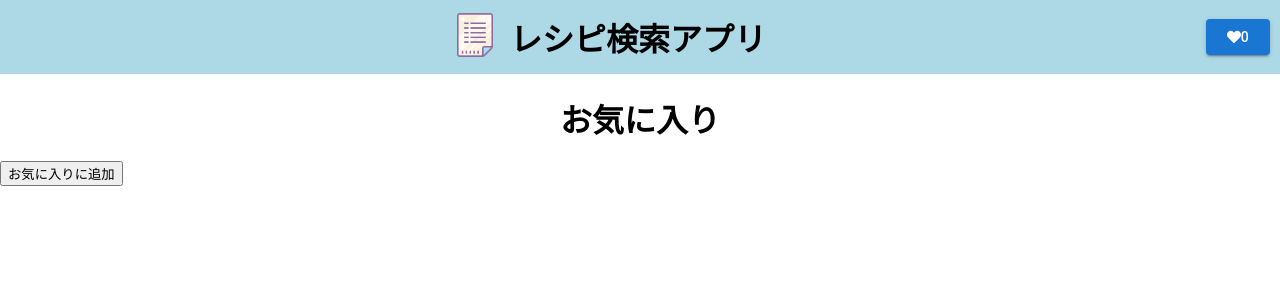
Repository: rweyb/recipe-search-app
Page: /favorites
An editor plug-in stored every save of this project. The page is shown before and after the next save, followed by the edit.
The browser window is 1280 px wide. The pictures show the whole page.
The project was rebuilt for these pictures with package versions that can differ from the ones it lists, and the page was loaded fresh each time. Also part of the build but not shown: src/components/FavoritesButton.js, src/components/RecipeResults.js, src/pages/HomePage.js, src/components/SearchBar.js, src/pages/RecipePage.js, src/pages/IngredientPage.js, src/reducers/RecipeSearch.js.

Above is the page before, as saved 2024-06-26 11:13:39.

### src/App.js
import React from 'react';
import { Route, RouterProvider, createBrowserRouter,
      createRoutesFromElements, } from 'react-router-dom';
import { QueryClient,QueryClientProvider } from 'react-query';
import Layout from './components/Layout';
import RecipeResults from './components/RecipeResults';
import HomePage from './pages/HomePage';
import FavoritesPage from './pages/FavoritesPage';
import RecipePage from './pages/RecipePage';
import IngredientPage from './pages/IngredientPage'
import RecipeSearch from './reducers/RecipeSearch';

const queryClient = new QueryClient();

const router = createBrowserRouter(
    createRoutesFromElements(
      <>
      <Route path='/' element={<Layout />}>
          <Route index element={<HomePage />} />
          <Route path='/favorites' element={<FavoritesPage />} />
          <Route path='/recipe' element={<RecipePage />} />
          <Route path='/ingredient' element={<IngredientPage />} />
          <Route path='/results' element={<RecipeResults />} />
          <Route path='/search' element={<RecipeSearch />} />
    </Route>
      </>
    )
);



const App = () => {
  return (
    <>
    <QueryClientProvider client = {queryClient}>
    <RouterProvider router={router} />
    </QueryClientProvider>
    </>

  );
};

export default App;

### src/components/Layout.js
import React from 'react';
import Header from './Header';
import { Outlet } from 'react-router-dom';

const Layout = () => {
    return (
    <>
        <Header />
        <Outlet /> {/* ここで子ルートがレンダリングされます */}
    </>
    );
};

export default Layout;

### src/pages/FavoritesPage.js
import React from "react";
import FavoriteButton from "../components/FavoritesButton";
import { useSetRecoilState, useRecoilValue } from 'recoil';
import { FavoritesRecipeState, FavoritesSelector } from '../components/FavoritesRecipeState';



const FavoritesPage = () => {

    // Recoilの状態更新関数を取得
    const setFavoritesList = useSetRecoilState(FavoritesRecipeState);


    // Recoilからお気に入りのリストを取得
    const favorites = useRecoilValue(FavoritesSelector);

    // お気に入り追加
    const addFavorite = (newItem) => {
        setFavoritesList((lists) => [...lists, newItem.id]);
    };

    // お気に入りから削除
    const removeFavorite = (id) => {
        setFavoritesList((lists) => lists.filter((favId) => favId !== id));
    };


        return (
            <div>
                <h1>お気に入り</h1>
                <ul>
                    {favorites.map((item) => (
                        <li key={item.id}>
                            {item.title} {/* ここでタイトルを表示 */}
                            <FavoriteButton
                                item={item}
                                onAddFavorite={() => addFavorite(item)}
                                onRemoveFavorite={() => removeFavorite(item.id)}
                            />
                            <button onClick={() => removeFavorite(item.id)}>削除</button>
                        </li>
                    ))}
                </ul>
                {/* 仮のボタンを追加してお気に入りに追加する動作をテスト */}
                <button onClick={() => addFavorite({ id: '2024062317701', title: 'テストレシピ' })}>お気に入りに追加</button>
            </div>
        );
    }



export default FavoritesPage;

### src/components/Header.js
import React from 'react';
import logo2 from '../logo/logo2.png';
import { Button } from '@mui/material';
import { useRecoilValue } from 'recoil';
import { FavoritesRecipeState } from './FavoritesRecipeState';
import { Link } from 'react-router-dom';
import { FaHeart } from 'react-icons/fa';



export default function Header() {

     // FavoritesRecipeState atomからお気に入りレシピのIDの配列を取得
    const favoritesIds = useRecoilValue(FavoritesRecipeState);

  // お気に入りレシピの数を計算
    const favoritesCount = favoritesIds.length;


    const headerStyle = {
        display: 'flex', // フレックスボックスを使用
        justifyContent: 'space-between',
        alignItems: 'center', // 要素を垂直方向の中央に配置
        backgroundColor: 'lightblue', // ヘッダーの背景色
        padding: '10px', // パディング
    };

    const logoAndTitleStyle = {
        display: 'flex', // フレックスボックスを使用
        alignItems: 'center', // 要素を垂直方向の中央に配置
        justifyContent: 'center', // 要素を水平方向の中央に配置
        flexGrow: 1, // 利用可能なスペースを埋める
    };

    const logoStyle = {
        height: '50px',
        marginRight: '10px',
        cursor: 'pointer',
    };


    return (
    <>
    <header style={headerStyle}>
    <div style={logoAndTitleStyle}>
        <Link to="/">
        <img src={logo2} style={logoStyle} alt="レシピ"  />
        </Link>
        <h1 style={{margin: '0'}}>レシピ検索アプリ</h1>
    </div>
        <Link to="/favorites">
        <Button variant='contained'>
            <FaHeart />
            {favoritesCount}
        </Button>
        </Link>
    </header>
    </>
    );
}

### src/components/FavoritesRecipeState.js
import { atom, atomFamily, selector } from "recoil";


//お気に入りレシピIDの配列を保持
export const FavoritesRecipeState = atom({
    key: 'FavoritesRecipeState',
    default: [],
});

//特定のIDに基づいて個々のレシピの詳細情報を保持
export const FavoritesListAtom = atomFamily({
    key: "FavoritesListAtom",
    default: null
});


//FavoritesRecipeStateとFavoritesListAtomから派生した詳細情報を保持
export const FavoritesSelector = selector({
    key: "FavoritesSelector",
    get: ({ get }) => {
        const lists = get(FavoritesRecipeState);
        return lists.map(id => get(FavoritesListAtom(id))).filter(item => item !== null);
    },

    //リストの追加/完了済/削除操作
    set: ({ set, reset}, {type, id, newItem }) => {
        switch (type) {

            //新たな（FavoritesListAtom）を生成
            case 'add' :
                set(FavoritesListAtom(newItem.id), newItem);
                set(FavoritesRecipeState, lists =>[...lists, newItem.id]);
                break;
            //既存の項目（idであるFavoritesListAtom）のisDoneプロバディをtrueに
            case 'done' :
                set(FavoritesListAtom(id), todo => ({ ...todo, isDone: true}));
                break;
            //既存の項目(idであるFavoritesListAtom)を削除＆
            //id群(idsAtom)から、対応するid値を削除
            case 'remove' :
                reset(FavoritesListAtom(id));
                set(FavoritesRecipeState, lists => lists.filter(e => e !== id));
                break;
                default :
                throw new Error('Type is invalid.');
        }
    }
});

### src/components/Style.css
h1 {
    text-align: center;
    margin-bottom: 20px;
}

.search-container {
    display: flex;
    justify-content: center;
    align-items: center;
    height: 100px;
}

### src/components/FavoritesCount.js
import React from "react";
import { useRecoilValue } from "recoil";
import { FavoritesSelector } from "./FavoritesRecipeState";


function FavoritesCount() {
    // FavoritesSelectorからお気に入りの件数を取得
    const { count } = useRecoilValue(FavoritesSelector);

  return <div>お気に入りの件数: **{count}**</div>;
}

export default FavoritesCount;

Loaded but not shown: public/index.html (common file); src/index.js (common file); src/index.css (common file); src/reportWebVitals.js (common file)

After the next save:
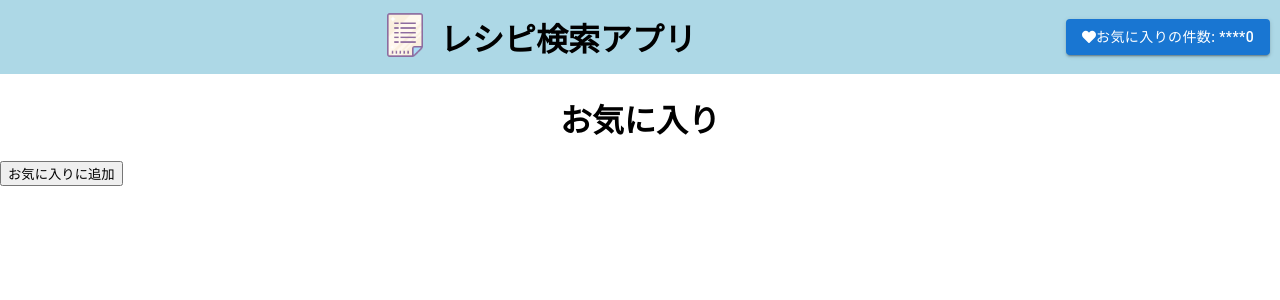
Saved 92 s later.
--- a/src/components/Header.js
+++ b/src/components/Header.js
@@ -5,7 +5,7 @@ import { useRecoilValue } from 'recoil';
 import { FavoritesRecipeState } from './FavoritesRecipeState';
 import { Link } from 'react-router-dom';
 import { FaHeart } from 'react-icons/fa';
-
+import FavoritesCount from './FavoritesCount';
 
 
 export default function Header() {
@@ -51,6 +51,7 @@ export default function Header() {
         <Link to="/favorites">
         <Button variant='contained'>
             <FaHeart />
+            <FavoritesCount />
             {favoritesCount}
         </Button>
         </Link>

After the save that followed:
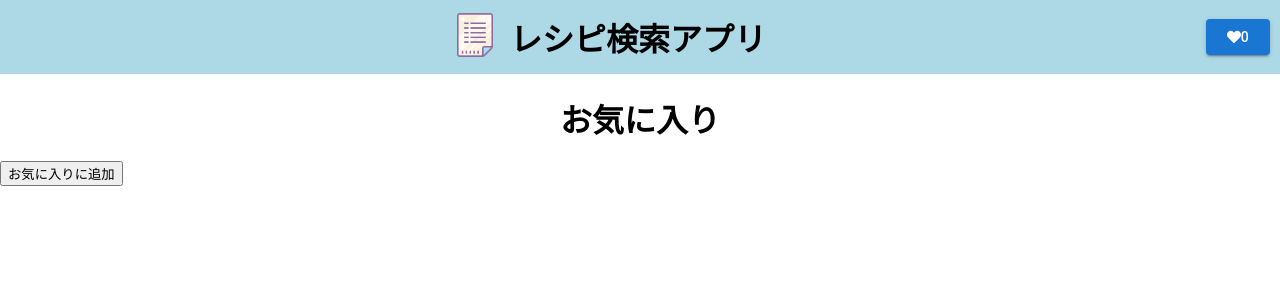
Saved 57 s later.
--- a/src/components/FavoritesCount.js
+++ b/src/components/FavoritesCount.js
@@ -7,7 +7,7 @@ function FavoritesCount() {
     // FavoritesSelectorからお気に入りの件数を取得
     const { count } = useRecoilValue(FavoritesSelector);
 
-  return <div>お気に入りの件数: **{count}**</div>;
+    return <div>{count}</div>;
 }
 
 export default FavoritesCount;
